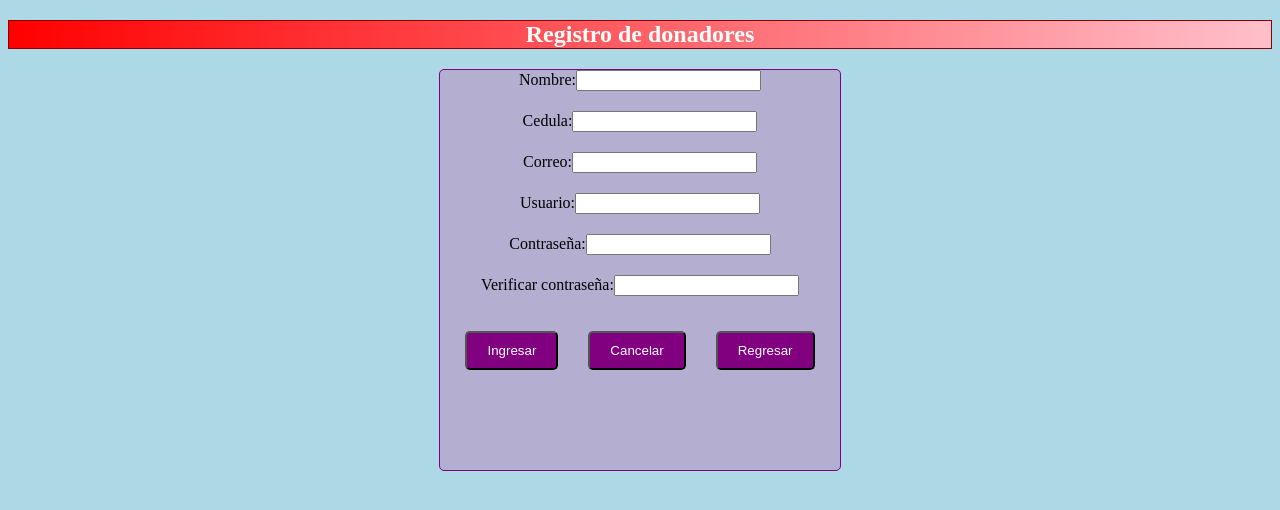
Repository: sonicspeed1/examen1_codigo_bryansantillan
Page: http://localhost/examen_1_bryan_santillan/registro_donadores.jsp
An editor plug-in stored every save of this project. The page is shown before and after the next save, followed by the edit.
The browser window is 1280 px wide. The pictures show the whole page.
The page is served by Tomcat 9.

Above is the page before, as saved 2024-05-25 17:43:42.

After the next save:
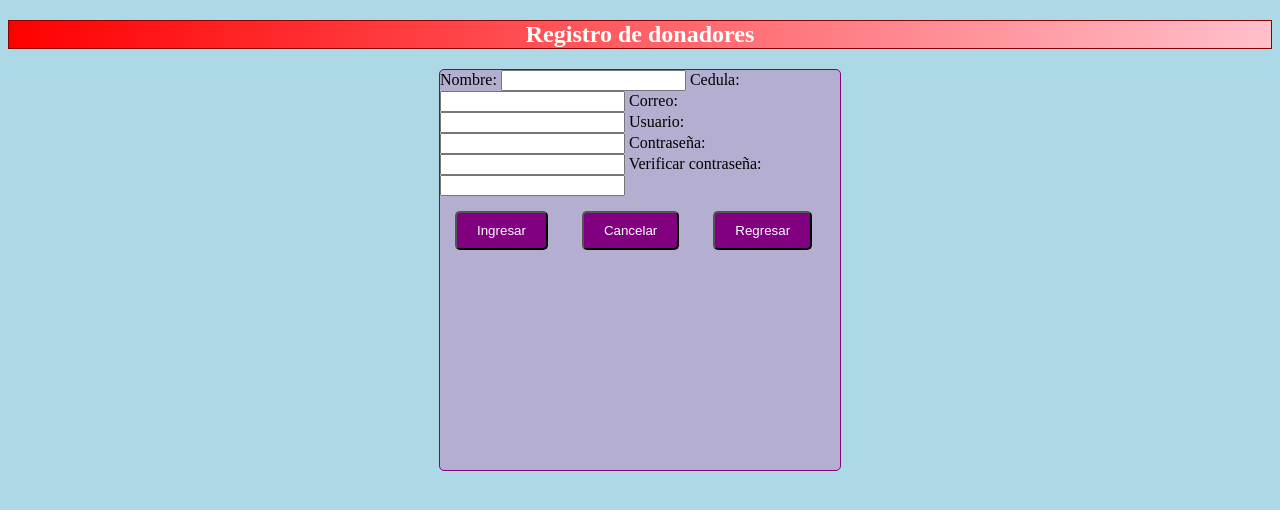
Saved 108 s later.
--- a/examen_1_bryan_santillan/src/main/webapp/registro_donadores.jsp
+++ b/examen_1_bryan_santillan/src/main/webapp/registro_donadores.jsp
@@ -11,13 +11,13 @@
 <h2 class="cuadro3">Registro de donadores</h2>
 <div class="container">
     <div class="cuadro2">
-<label class="item_login">Nombre: <input type="text" name="nombre"></label>
-<label class="item_login">Cedula: <input type="text" name="ci"></label>
-<label class="item_login">Correo: <input type="text" name="correo"></label>
-<label class="item_login">Usuario: <input type="text" name="us"></label>
-<label class="item_login">Contraseña: <input type="password" name="cont1"></label>
-<label class="item_login">Verificar contraseña: <input type="password" name="cont2"></label>
- <div class="item_login">
+<label class="item_reg">Nombre: <input type="text" name="nombre"></label>
+<label class="item_reg">Cedula: <input type="text" name="ci"></label>
+<label class="item_reg">Correo: <input type="text" name="correo"></label>
+<label class="item_reg">Usuario: <input type="text" name="us"></label>
+<label class="item_reg">Contraseña: <input type="password" name="cont1"></label>
+<label class="item_reg">Verificar contraseña: <input type="password" name="cont2"></label>
+ <div class="item_reg">
   <input value="Ingresar" name="ingresar" type="submit" class="button">
  <input value="Cancelar" name="cancelar" type="reset" class="button">
  <input value="Regresar" name="regresar" type="submit" class="button">
